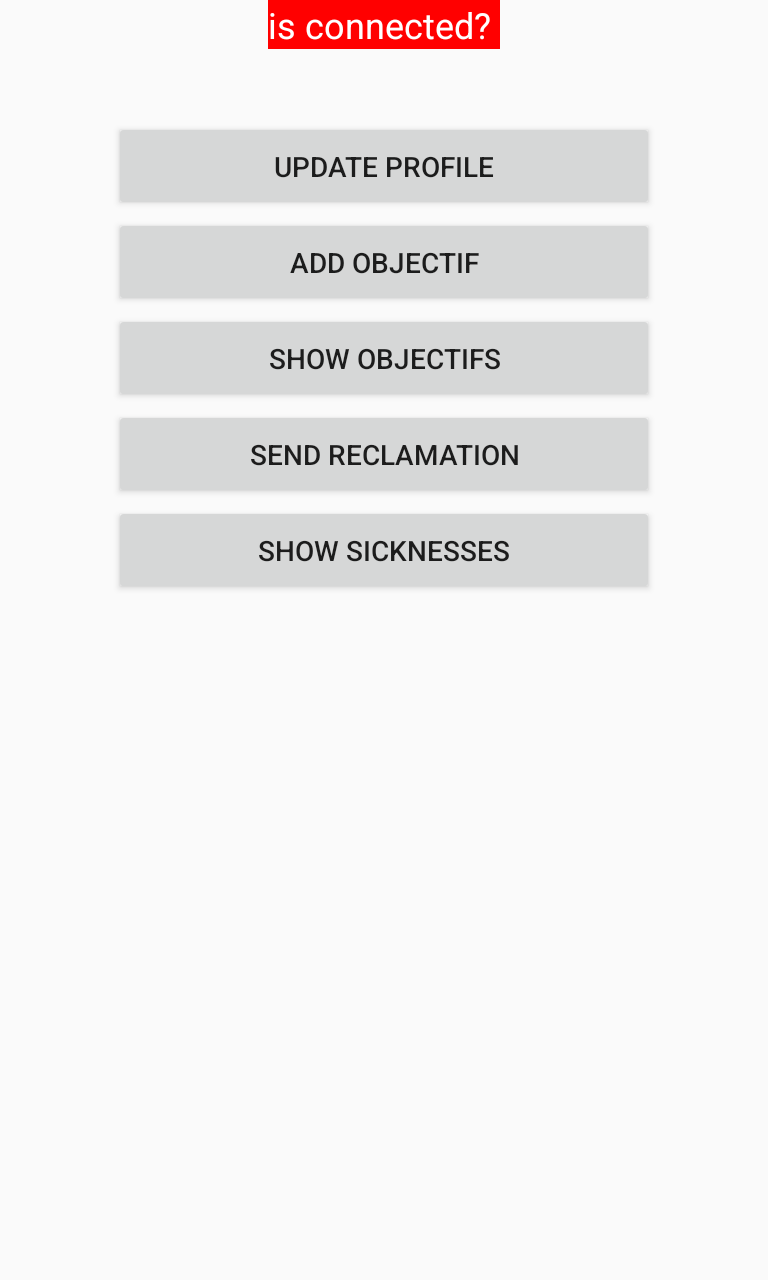
Repository: HAYKEL88/MASTER2_PFE
Layout: PFE_ANDROID/res/layout/activity_welcome_admin.xml
These files come from the project's save history. The layout is drawn as it stood at one moment and after the next save; the edit follows.
It is drawn on a 768 x 1280 px phone screen (xhdpi) without system bars, with theme AppTheme; the app's code is not run.

Above is the layout before, as saved 2014-12-21 10:59:15.

After the next save:
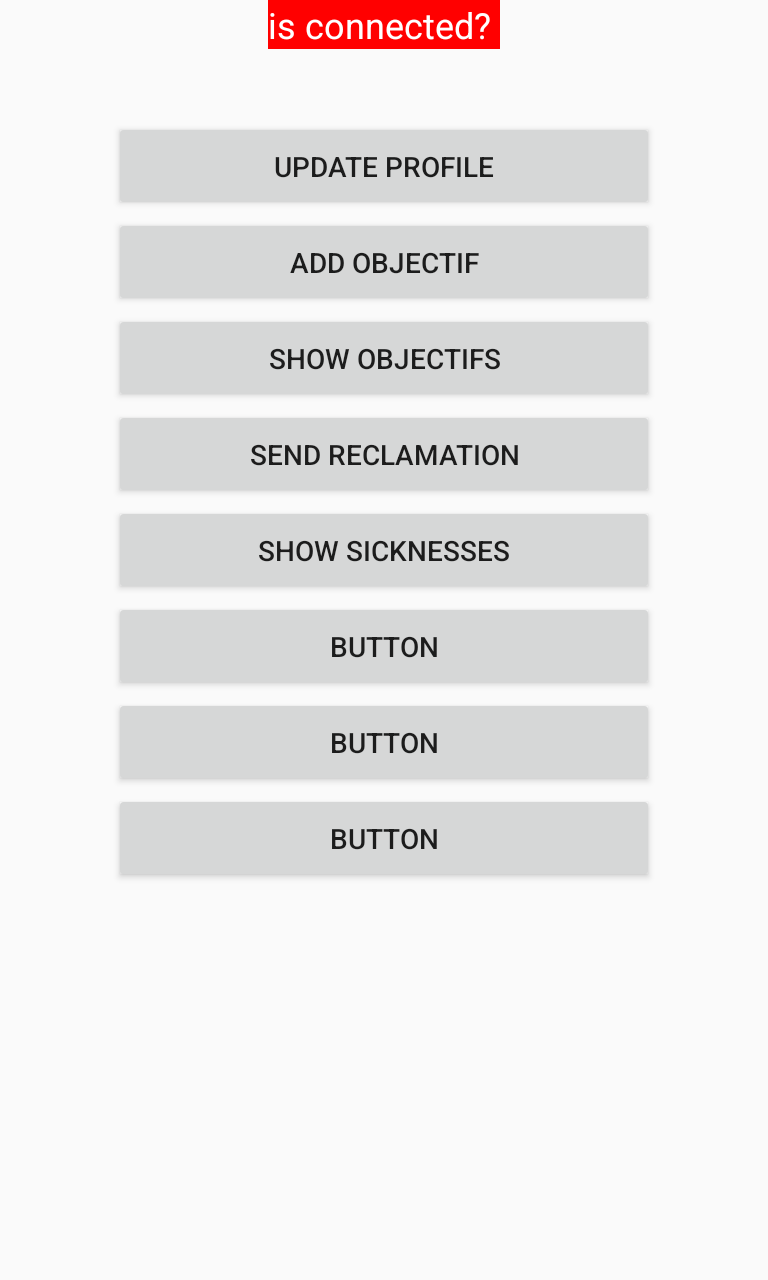
Saved 58 s later.
--- a/PFE_ANDROID/res/layout/activity_welcome_admin.xml
+++ b/PFE_ANDROID/res/layout/activity_welcome_admin.xml
@@ -63,4 +63,25 @@
         android:text="@string/button_showSicknesses"
         android:onClick="sicknessesList"/>
 
+    <Button
+        android:id="@+id/button1"
+        android:layout_width="272dp"
+        android:layout_height="wrap_content"
+        android:layout_gravity="center_horizontal"
+        android:text="Button" />
+
+    <Button
+        android:id="@+id/button2"
+        android:layout_width="272dp"
+        android:layout_height="wrap_content"
+        android:layout_gravity="center_horizontal"
+        android:text="Button" />
+
+    <Button
+        android:id="@+id/button3"
+        android:layout_width="272dp"
+        android:layout_height="wrap_content"
+        android:layout_gravity="center_horizontal"
+        android:text="Button" />
+
 </LinearLayout>
